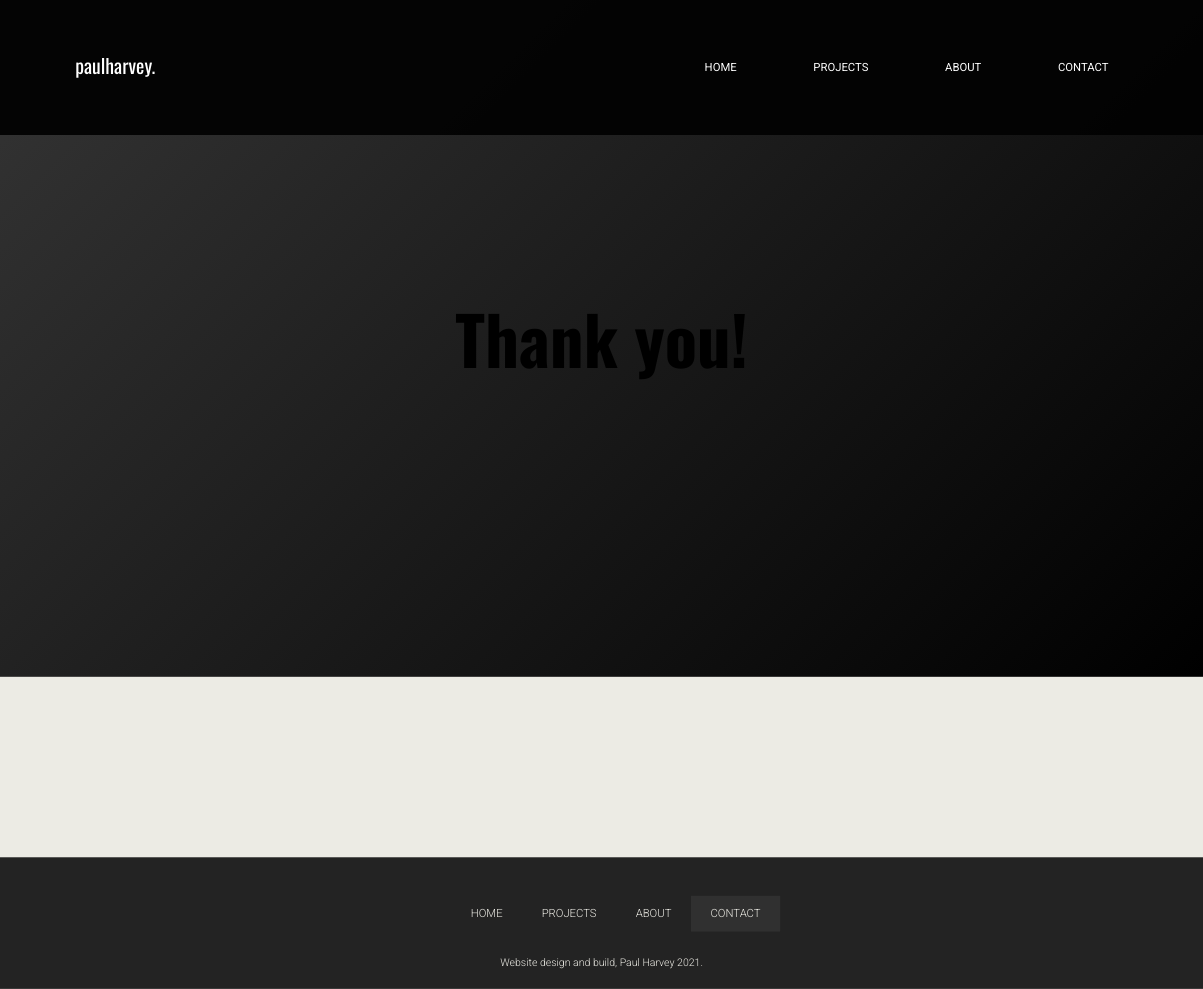
Repository: pavhns20/my-new-portfolio
Page: www/thankyou.html
An editor plug-in stored every save of this project. The page is shown before and after the next save, followed by the edit.
The browser window is 1280 px wide. The pictures show the whole page, at 94% of full size.
Some web libraries are served in a nearby version.

Above is the page before, as saved 2022-01-11 10:48:18.
Console error: TypeError: Cannot read properties of null (reading 'addEventListener')

### www/thankyou.html
<!DOCTYPE html>
<html lang="en">
	<head>
		<meta charset="UTF-8" />
		<meta name="viewport" content="width=device-width, initial-scale=1.0" />
		<!-- <link
			rel="stylesheet"
			href="https://stackpath.bootstrapcdn.com/bootstrap/4.5.2/css/bootstrap.min.css"
			integrity="sha384-JcKb8q3iqJ61gNV9KGb8thSsNjpSL0n8PARn9HuZOnIxN0hoP+VmmDGMN5t9UJ0Z"
			crossorigin="anonymous"
		/> -->
		<link
			rel="stylesheet"
			href="https://unpkg.com/swiper/swiper-bundle.min.css"
		/>
		<link rel="preconnect" href="https://fonts.googleapis.com" />
		<link rel="preconnect" href="https://fonts.gstatic.com" crossorigin />
		<link
			href="https://fonts.googleapis.com/css2?family=Oswald:wght@300;400;600;700&family=Roboto+Mono:wght@300;400;500;600&family=Roboto:wght@100;300;400&display=swap"
			rel="stylesheet"
		/>

		<link rel="stylesheet" href="https://unpkg.com/aos@next/dist/aos.css" />

		<link href="main.css" rel="stylesheet" />

		<title>Paul Harvey - UX Designer - Thank you page</title>
		<script
			src="https://kit.fontawesome.com/214c7f40bc.js"
			crossorigin="anonymous"
		></script>
	</head>

	<body>
		<header class="home-header">
			<div id="logo">
				<a href="index.html">paulharvey.</a>
			</div>

			<div>
				<nav class="topnav-right">
					<a class="navi" href="index.html">Home</a>
					<a class="navi" href="projects.html">Projects</a>
					<a class="navi" href="about.html">About</a>
					<a class="navi" href="contact.html" id="current">Contact</a>
				</nav>
			</div>
			<div id="burger">
				<svg
					id="Layer_1"
					data-name="Layer 1"
					xmlns="http://www.w3.org/2000/svg"
					width="40"
					height="40"
					viewBox="0 0 35 30"
				>
					<path
						id="top"
						class="line"
						d="M660.53,443.53h25s7.92-.26,3.62-5.76c-2.23-2.85-7.28,2.89-7.28,2.89l-17.68,17.68"
						transform="translate(-660.43 -436.48)"
					/>
					<path
						id="bottom"
						class="line"
						d="M660.43,455.42h25s7.92.26,3.62,5.76c-2.23,2.85-7.28-2.89-7.28-2.89l-17.68-17.68"
						transform="translate(-660.43 -436.48)"
					/>
					<line
						id="middle"
						class="line"
						x1="0.1"
						y1="13.02"
						x2="25.1"
						y2="13.02"
					/>
				</svg>
			</div>

			<aside class="hamburger-menu" id="popup">
				<a class="navi" href="index.html">Home</a>
				<a class="navi" href="projects.html">Projects</a>
				<a class="navi" href="about.html">About</a>
				<a class="navi" href="contact.html" id="current">Thanks</a>
			</aside>
		</header>

		<main>
			<div class="ta">
				<h1 id="thanksh1">Thank you!</h1>
			</div>
		</main>

		<footer>
			<ul>
				<li><a href="index.html">Home</a></li>
				<li><a href="projects.html">Projects</a></li>
				<li><a href="about.html">About</a></li>
				<li><a href="contact.html" id="current">Contact</a></li>
			</ul>
			<p>Website design and build, Paul Harvey 2021.</p>
		</footer>

		<script src="https://cdnjs.cloudflare.com/ajax/libs/gsap/3.5.1/gsap.min.js"></script>
		<script
			src="https://code.jquery.com/jquery-3.5.1.slim.min.js"
			integrity="sha384-DfXdz2htPH0lsSSs5nCTpuj/zy4C+OGpamoFVy38MVBnE+IbbVYUew+OrCXaRkfj"
			crossorigin="anonymous"
		></script>
		<script
			src="https://cdn.jsdelivr.net/npm/popper.js@1.16.1/dist/umd/popper.min.js"
			integrity="sha384-9/reFTGAW83EW2RDu2S0VKaIzap3H66lZH81PoYlFhbGU+6BZp6G7niu735Sk7lN"
			crossorigin="anonymous"
		></script>
		<script
			src="https://stackpath.bootstrapcdn.com/bootstrap/4.5.2/js/bootstrap.min.js"
			integrity="sha384-B4gt1jrGC7Jh4AgTPSdUtOBvfO8shuf57BaghqFfPlYxofvL8/KUEfYiJOMMV+rV"
			crossorigin="anonymous"
		></script>
		<script src="js/burger.js"></script>
		<script src="js/main.js"></script>
	</body>
</html>

Loaded but not shown: www/js/main.js (173 lines, source omitted); www/js/burger.js (9 lines, source omitted); www/main.css (2661 lines, source omitted)

After the next save:
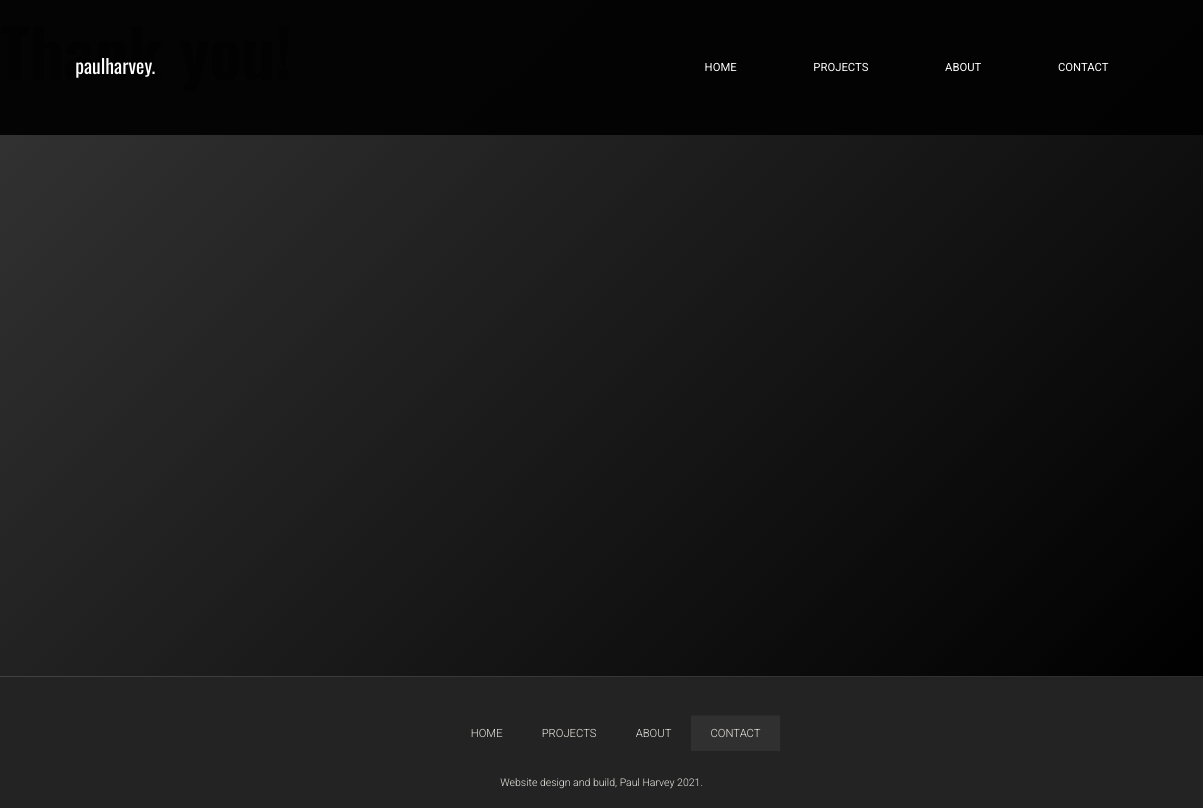
Saved 24 s later.
--- a/www/thankyou.html
+++ b/www/thankyou.html
@@ -85,10 +85,10 @@
 			</aside>
 		</header>
 
-		<main>
-			<div class="ta">
-				<h1 id="thanksh1">Thank you!</h1>
-			</div>
+		<main class="thankyou-main">
+			<!-- <div class="ta"> -->
+			<h1 id="thanksh1">Thank you!</h1>
+			<!-- </div> -->
 		</main>
 
 		<footer>
